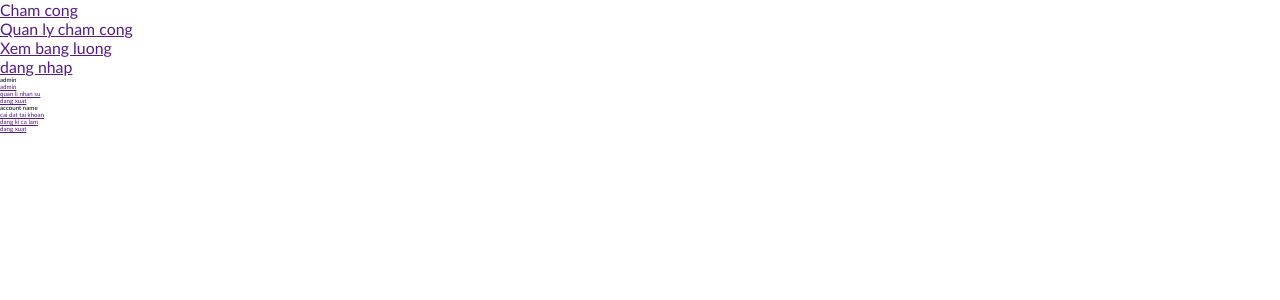
Repository: LDDUNG2003/a
Page: index.html
An editor plug-in stored every save of this project. The page is shown before and after the next save, followed by the edit.
The browser window is 1280 px wide. The pictures show the whole page.

Above is the page before, as saved 2023-10-13 23:29:30.

After the next save:
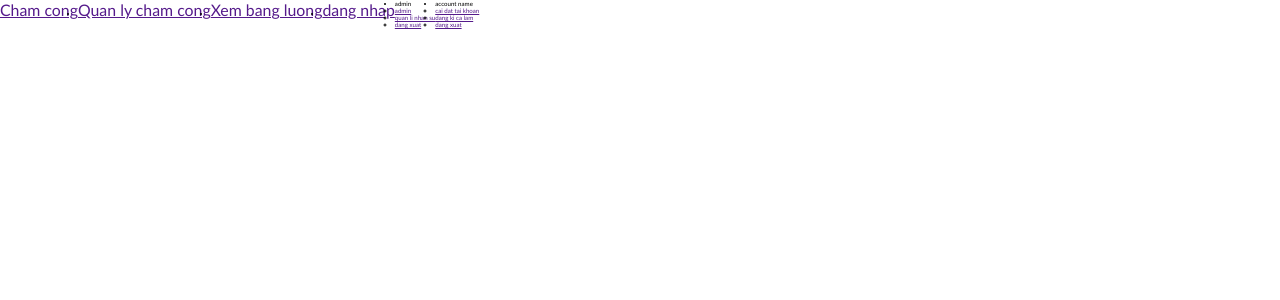
Saved 16 s later.
--- a/controlView/css/base.css
+++ b/controlView/css/base.css
@@ -19,10 +19,11 @@
 .navBar {
     width: 100%;
     max-width: 1200px;
+}
+
+.navBar-list {
     display: flex;
 }
-
-.navBar-list {}
 
 .navBar--items {}
 
